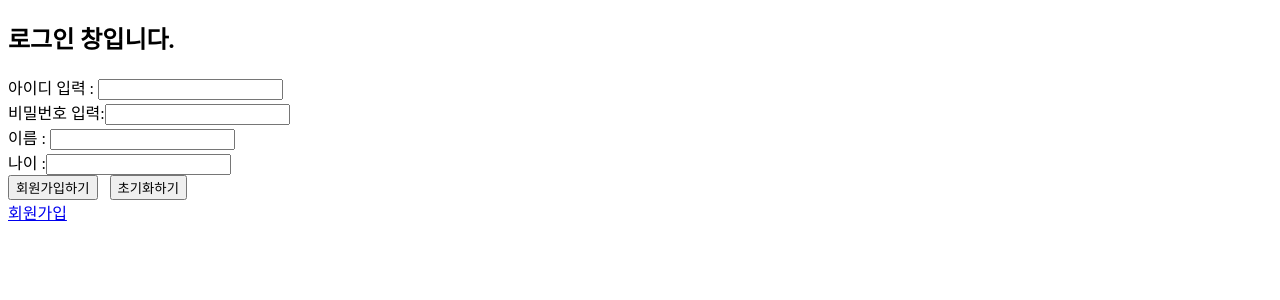
Repository: lee-ruru/jsp_practice
Page: http://localhost/JSPBasic/JspObject/1.requests/req_join_form.jsp
These files come from the project's save history. The page is drawn as it stood at one moment and after the next save; the edit follows.
The browser window is 1280 px wide. The pictures show the whole page.
The page is served by Tomcat 9.

Above is the page before, as saved 2022-02-04 02:08:47.

After the next save:
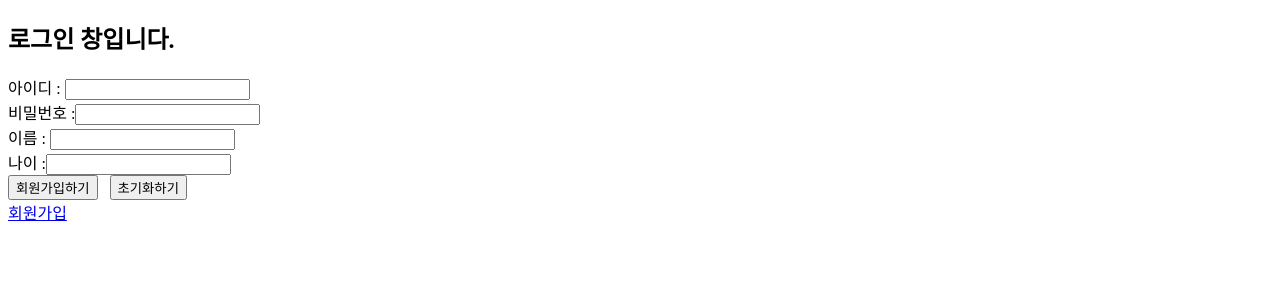
Saved 33 s later.
--- a/JSPBasic/src/main/webapp/JspObject/1.requests/req_join_form.jsp
+++ b/JSPBasic/src/main/webapp/JspObject/1.requests/req_join_form.jsp
@@ -9,8 +9,8 @@
 <body>
 	<form action = "req_join_result.jsp" method="post">
 	<h2>로그인 창입니다. </h2>
-	아이디 입력 : <input type = "text" name = "id" /> <br/>
-	비밀번호 입력:<input type = "password" name = "pw" /> <br/>
+	아이디 : <input type = "text" name = "id" /> <br/>
+	비밀번호 :<input type = "password" name = "pw" /> <br/>
 	이름 : <input type = "text" name = "name" /> <br/>
 	나이 :<input type = "text" name = "name" /> <br/>
 
